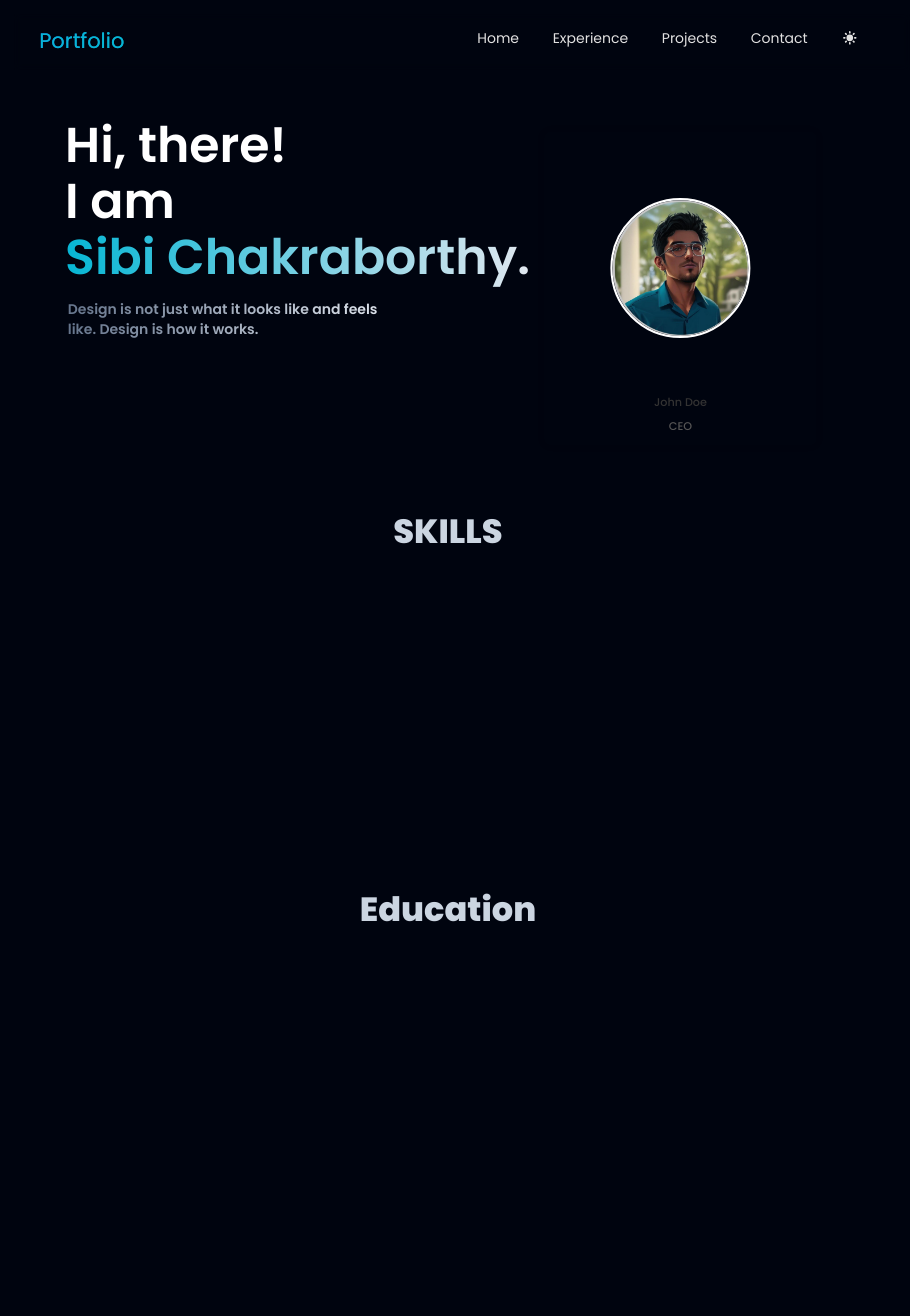
Repository: sibi24sibi/MyPersonalPortfolio
Page: /
An editor plug-in stored every save of this project. The page is shown before and after the next save, followed by the edit.
The browser window is 1280 px wide. The page is 1300 px wide, so the pictures cover 1300 px, including what lies to the right of the window. The pictures show the part of the page from y = 0 to 1880 px (the page is 3542 px tall before and 3414 px after), at 70% of full size.
The project was rebuilt for these pictures with package versions that can differ from the ones it lists, and the page was loaded fresh each time. Also part of the build but not shown: vite.config.js, src/components/Menu.jsx, src/components/Footer.jsx.

Above is the page before, as saved 2024-05-03 17:44:12.

### index.html
<!DOCTYPE html>
<html lang="en">

<head>
  <meta charset="UTF-8" />
  <link rel="icon" type="image/svg+xml" href="" />
  <meta name="viewport" content="width=device-width, initial-scale=1 , maximum-scale=1 ,user-scalable=no" />
  <title>
    Personal Portfolio
  </title>
</head>

<body className="darkMode">
  <div id="root" className="px-5 w-screen"></div>
  <script type="module" src="/src/main.jsx"></script>
</body>

</html>

### src/index.css
@import url('https://fonts.googleapis.com/css2?family=Poppins:wght@300;400;500;600;800&display=swap');
@tailwind base;
@tailwind components;
@tailwind utilities;

html {
    @apply overflow-x-hidden scroll-smooth
}

body {

    @apply dark:bg-[#00040f] bg-[#e2e2e2ab]
}

### src/App.jsx
import Navbar from "./components/Navbar";
import About from "./components/About";

import Education from "./components/Education";
import Projects from "./components/Projects";
import Skills from "./components/Skills";

import HashLoader from "react-spinners/HashLoader";
import CTA from "./components/CTA";
import MyEmailLayout from "./components/email";
import Footer from "./components/Footer";


import { useState, useEffect } from "react";

const override = {
  display: "flex",
  justifyContent: "center",
  alignItems: "center",
  marginTop: "5rem",
  borderColor: "red",
};

const App = () => {
  const [loading, setLoading] = useState(true);

  useEffect(() => {
    setLoading(true);
    setTimeout(() => {
      setLoading(false);
    }, 3000);
  }, []);
  return (
    <>
      {loading ? (
        <div className="flex h-screen w-screen justify-center items-center bg-[#00040f] ">
          <HashLoader
            color="#0891b2"
            loading={loading}
            cssOverride={override}
            size={90}
            aria-label="Loading Spinner"
            data-testid="loader"
          />
        </div>
      ) : (
        <div className=" flex flex-col justify-center items-center">
          <Navbar></Navbar>
          <About></About>
          <Skills></Skills>
          <Education></Education>
          <Projects></Projects>
          <CTA></CTA>
          <MyEmailLayout></MyEmailLayout>
          {/* <Footer></Footer> */}
        </div>
      )}
    </>
  );
};
export default App;

### src/components/Navbar.jsx
import { CgMenuRightAlt } from "react-icons/cg";
import { HiSun, HiMoon } from "react-icons/hi";
import { useState, useEffect } from "react";
import Menu from "./Menu";

const Navbar = () => {
  const [nav, setNav] = useState(false);

  const [theme, setTheme] = useState("light");

  useEffect(() => {
    if (theme === "dark") {
      document.documentElement.classList.remove("dark");
    } else {
      document.documentElement.classList.add("dark");
    }
  }, [theme]);

  const handleTheme = () => {
    setTheme(theme === "dark" ? "light" : "dark");
  };

  return (
    <>
      <section className="NAVBAR sticky top-0 backdrop-blur-[5px] z-10 pt-5  translate-x-[20px] min-w-full mt-5 font-['Poppins']  max-sm:p-2 max-sm:mx-1 max-sm:max-h-[48px] ">
        <div className="flex  justify-between capitalize md:ml-9 sm:ml-2">
          <div className="LOGO ">
            <a
              href="#"
              className="text-3xl bg-gradient-to-r from-blue-600 to-cyan-600 bg-clip-text text-transparent dark:text-cyan-500 max-sm:text-2xl"
            >
              {"Portfolio"}
            </a>
          </div>
          <div className="NAVLINKS min-w-full pr-9 text-[20px] translate-x-[-160px]  max-sm:hidden flex justify-end gap-12 text-[#00040f] dark:text-[#e1e1e1] ">
            <a href="#about" className=" hover:text-cyan-500">
              Home
            </a>
            <a href="#experience" className="hover:text-cyan-500">
              Experience
            </a>
            {/* <a href="#education" className="hover:text-cyan-500 ">
              Education
            </a> */}
            <a href="#projects" className="hover:text-cyan-500 ">
              Projects
            </a>
            <a href="#contact" className="hover:text-cyan-500 ">
              Contact
            </a>

            <button onClick={handleTheme}>
              {theme === "dark" ? (
                <HiMoon className="-translate-y-1 text-2xl" />
              ) : (
                <HiSun className="-translate-y-1 text-2xl" />
              )}
            </button>

            </div>
            </div>
          <button onClick={() => setNav(!nav)}>
            <CgMenuRightAlt className="hidden max-sm:block mr-5   absolute top-2  right-10 md:transform-none text-[#00040f] dark:text-[#e1e1e1] text-[32px]" />
          </button>


        {nav && <Menu />}

      </section>



    </>
  );
};
export default Navbar;

### src/components/About.jsx
import Lottie from "lottie-react";
import computer from "../assets/lottie/computer.json";
import Profile from "../assets/Profile.jpg";
import "./about-style.css";

const About = () => {
  return (
    <>
      <section
        id="about"
        className="p-5 mx-2 mb-10 font-medium font-['Poppins'] max-w-6xl max-sm:p-2 max-sm:mx-5"
      >
        <div className="WRAPPER mt-12 flex justify-between max-sm:flex-col gap-35">
        <div className="INTRO text-[70px] leading-[80px] font-semibold max-sm:text-[40px] max-sm:leading-[70px] max-sm:font-semibold">
            <h3 className="text-[#00040f] dark:text-white">
              Hi, there! <br />I am
            </h3>
            <span className="bg-clip-text text-transparent bg-gradient-to-r  from-blue-600 to-cyan-600 dark:from-cyan-500 dark:to-slate-200">
             Sibi Chakraborthy.

            </span>

            <p className="ABOUT h-[100px] text-xl max-sm:text-[15px] bg-clip-text text-transparent  bg-gradient-to-r  from-[#00040f] to-slate-500 dark:from-slate-500 dark:to-slate-200 max-w-[470px] mt-5 pl-1">
            Design is not just what it looks like and feels like. Design is how it works.
            </p>
          </div>
        <div className="div">



        <div className="team-member">
            <img src={Profile} alt="Profile"/>
            <h3>John Doe</h3>
            <p>CEO</p>
        </div>



        </div>
        </div>
      </section>
    </>
  );
};
export default About;

### src/components/Education.jsx
import Lottie from "lottie-react";
import education from "../assets/lottie/education.json";
import SAEC from "../assets/SAEC.png";
import AOS from "aos";

import { useEffect } from "react";

const Education = () => {
  useEffect(() => {
    AOS.init();
  }, []);
  return (
    <section
      id="education"
      className="EXPERIENCE max-w-6xl p-5 mx-20 mb-25 font-['Poppins']  max-sm:p-2 max-sm:mx-5"
    >
      <div className="WRAPPER mt-10">
        <h1 className="text-[#00040f] dark:text-slate-300 text-center font-extrabold text-5xl mb-5 max-sm:text-4xl   ">
          Education
        </h1>

        <div
          className="EDUCATION flex gap-7 justify-between flex-row-reverse max-sm:flex-col"
          data-aos="fade-right"
        >
          <div className="max-w-[520px] mt-[52px] p-7 max-sm:p-3">
            <div className="flex gap-5">
              <img
                src={SAEC}
                alt="SAEC"
                className="w-[150px] h-[100px]"
              />
              <h1 className="bg-clip-text text-transparent bg-gradient-to-r max-sm:text-[17px] from-amber-500 via-orange-600 to-yellow-500 dark:from-[#ff6600] dark:to-slate-100 font-semibold text-2xl w-[300px] h-[100px] tracking-wider ">
                Syed Ammal engineering college
              </h1>
            </div>

            <div className="mt-7 flex flex-col gap-5 text-left pl-4">
              <h3 className="capitalize  text-slate-800 dark:text-slate-300 text-xl max-sm:text-lg">
                Bachelor of technology
              </h3>
              <p className="italic capitalize text-gray-500 dark:text-slate-500 text-xl max-sm:text-lg leading-9">
                November 2020 - May 2024
              </p>

              <p className="capitalize text-gray-500 dark:text-slate-500 text-xl max-sm:text-lg leading-9">
                Computer Science and Engineering
              </p>
            </div>
          </div>
          <Lottie
            animationData={education}
            loop={true}
            className="max-w-[500px]"
          />
        </div>
      </div>
    </section>
  );
};
export default Education;

### src/components/Skills.jsx
import {
  HTML,
  CSS,
  Github,
  Git,
  Vite,
  TailwindCSS,
  react,
  Python,
  Javascript,
  CPP,
  C,
  Vue,
  nodejs
} from "../constants/Constant";

import AOS from "aos";
import "aos/dist/aos.css";
import { useEffect } from "react";
import Image from "./Img_prop";

const Skills = () => {
  useEffect(() => {
    AOS.init();
  }, []);
  return (
    <>
      <section className="EXPERIENCE p-5  mb-10 max-w-6xl  font-['Poppins']  max-sm:p-2 max-sm:mx-5">
        <div>
        <h1 className="text-[#00040f] dark:text-slate-300 font-extrabold text-5xl text-center max-sm:text-4xl ">
          SKILLS
        </h1>
        </div>
        <div
          className=" grid place-content-start  grid-cols-3 gap-4 max-sm:p-2 mt-10"
          data-aos="zoom-out-up"
        >
          <Image img={HTML}></Image>
          <Image img={CSS}></Image>
          <Image img={Javascript}></Image>
          <Image img={react}></Image>
          <Image img={TailwindCSS}></Image>
          {/* <Image img={Vue}></Image>
          <Image img={CPP}></Image>
          <Image img={C}></Image> */}
          <Image img={Python}></Image>
          {/* <Image img={Vite}></Image> */}
          <Image img={Git}></Image>
          <Image img={Github}></Image>
          <Image img={nodejs}></Image>
        </div>
      </section>
    </>
  );
};
export default Skills;

### src/components/CTA.jsx
function CTA() {
  const resumeLink = "/Sibi-Chakraborthy-V.pdf";
  return (
    <div id="resume" className="pt-36 max-w-6xl resume relative w-full flex justify-center ">

      <div className="pt-14 mx-20 pb-40">
        <h2 className="text-4xl md:text-5xl max-sm:text-[35px] max-sm:leading-[60px] font-bold mb-10 text-[#00040f] dark:text-white text-center">
          Need to know about me more
        </h2>
        <div className="flex justify-center ">
        <a
          href={resumeLink}
          className="cursor-pointer font-bold whitespace-nowrap
        mt-6 px-8 py-3 dark:text-[#e1e1e1] border-2 rounded-full border-[#808080]  bg-bg hover:bg-fun-pink hover:border-fun-pink transition-colors inline-flex items-center"
        >
          <svg class="fill-current w-4 h-4 mr-2" xmlns="http://www.w3.org/2000/svg" viewBox="0 0 20 20"><path d="M13 8V2H7v6H2l8 8 8-8h-5zM0 18h20v2H0v-2z"/></svg>
          <span>Resume</span>

        </a>

        </div>
      </div>


    </div>
  );
}

export default CTA;

### src/components/email.jsx
import React, { useRef, useEffect } from "react";
import emailjs from '@emailjs/browser';



const MyEmailLayout = () => {
  const form = useRef();

  useEffect(() => {
    // Initialize emailjs
    emailjs.init('-fw29uVaf1UZJqOVT');
  }, []);

  const sendEmail = (e) => {
    e.preventDefault();

    emailjs

      .sendForm('service_hgvjibu', 'template_f9rmzk9', form.current)
      .then(
        () => {
          alert('Email sent successfully!');
        },
        (error) => {
          alert('Failed to send email. Please try again later.');
          console.error('Email Error:', error);
        }
      );
  };

  return (
    <div   className="mb-20 max-w-6xl" id="contact">

      <div className=" mx-10 max-sm:mx-5 ">
      <div className="div">
      <h1 className="text-2xl dark:text-[#e1e1e1] font-bold mb-4 ">SEND ME A EMAIL</h1>
      </div>
      <form ref={form} onSubmit={sendEmail}>
        <div className="grid  grid-cols-2 gap-4 flex justify-center">
          <div>
            <label htmlFor="name" className="dark:text-[#e1e1e1]">Name</label>
            <input
              type="text"
              id="name"
              name="user_name"
              className="px-3 py-2 placeholder-gray-400 text-gray-600 relative dark:bg-slate-300 bg-stone-300 rounded text-sm border-0 shadow outline-none focus:outline-none focus:ring  w-full"
            />
          </div>
          <div>
            <label htmlFor="email" className="dark:text-[#e1e1e1]">Email</label>
            <input
              type="email"
              id="email"
              name="user_email"
              className="px-3 py-2 placeholder-gray-400 text-gray-600 relative dark:bg-slate-300 bg-stone-300 rounded text-sm border-0 shadow outline-none focus:outline-none focus:ring w-full"
            />
          </div>
        </div>
        <label htmlFor="message" className="dark:text-[#e1e1e1]">Message</label>
        <textarea
          placeholder=""
          name="message"
          className="px-3 py-2 placeholder-gray-400 text-gray-600 relative dark:bg-slate-300 bg-stone-300 rounded text-sm border-0 shadow outline-none focus:outline-none focus:ring h-40 w-full "
        ></textarea>
        <button
          type="submit"
          className="bg-blue-500 rounded-full text-white px-4 py-2 mt-4 float-right"
          value="Send"
        >
          Send Email
        </button>
      </form>
      </div>
    </div>
  );
};

export default MyEmailLayout;

### src/components/about-style.css


.team-member {
    text-align: center;
    margin: 20px;
  /*  background-color: #fff;  White background for each team member */
    padding: 15px; /* Add padding for better visual appeal */
    border-radius: 10px; /* Add rounded corners */
    box-shadow: 0 0 10px rgba(0, 0, 0, 0.1); /* Add a subtle box shadow */
}

.team-member img {
    width: 200px;
    height: 200px;
    border-radius: 50%;
    object-fit: cover;
    margin: 80px;

/* Additional styling for the image */
border: 3px solid #fff; /* Add a white border around the image */
 transition: transform 0.3s ease-in-out; /*  Add a smooth transition effect  */

/* Hover effect: Scale the image slightly on hover */
/* cursor: pointer; */
}

/* Add a hover effect for better user interaction */
.team-member img:hover {
transform: scale(1.1);
}


.team-member h3 {
    margin: 10px 0;
    color: #333; /* Darken the text color */
}

.team-member p {
    color: #555;
}

### src/components/Project_prop.jsx
/* eslint-disable react/prop-types */

import "./proj_style.css";


const Project_prop = (props) => {
  return (
    <>



      <div className="card bg-blue-100 dark:bg-sky-950 rounded-lg shadow-lg aspect-w-16 aspect-h-9 ">
        <h3
        className="title capitalize font-bold h-20 text-slate-800 dark:text-slate-300 text-xl max-sm:text-lg m-5 text-center"
        >
          {props.title}
        </h3>
            <div className="bar h-1 min-w-40 dark:bg-gray-800  bg-slate-600  mx-5"></div>
        <div className="flex gap-1 ml-3 mt-3 ">
                {props.react}
                {props.vite}
                {props.html5}
                {props.css3}
                {props.php}
                {props.mysql}
                {props.javascript}
                {props.tailwindcss}
                {props.laravel}
                {props.bootstrap}
                {props.wordpress}

        </div>
        <p className="dark:text-slate-500 mt-2 text-sm px-5  select-none">
          {props.para}
        </p>
      </div>




    </>
  );
};
export default Project_prop;

### src/constants/Constant.jsx
import C from "../assets/C.png";
import CPP from "../assets/CPP.png";
import HTML from "../assets/HTML.png";
import Github from "../assets/Github.png";
import CSS from "../assets/CSS.png";
import Python from "../assets/Python.png";
import Javascript from "../assets/Javascript.png";
import Git from "../assets/Git.png";
import Vite from "../assets/Vite.png";
import TailwindCSS from "../assets/TailwindCSS.png";
import react from "../assets/react.png";
import Vue from "../assets/vue.png";
import nodejs from "../assets/nodejs.png";

import Hackthechain from "../assets/HackTheChainLogo.png";
import GSSOC from "../assets/GSSoc.jpg";
import IITB from "../assets/IITB.png";
import Sports from "../assets/Sports_Club.png";
import IIITians from "../assets/IIITians_Network.png";
import GDSC from "../assets/GDSC.png";
import KDE from "../assets/kde.png";
import Oppia from "../assets/oppia.png";

import GPT4 from "../assets/gpt4.jpg";
import Portfolio from "../assets/portfolio.jpg";
import Rocket from "../assets/Rocket.jpg";
import Game from "../assets/Stone.jpg";
import WellBeing from "../assets/well-being.jpg";

export {
  C,
  CPP,
  HTML,
  CSS,
  Github,
  Git,
  Vite,
  TailwindCSS,
  react ,
  Python,
  Javascript,
  Vue,
  Hackthechain,
  GSSOC,
  IITB,
  Sports,
  IIITians,
  GPT4,
  Portfolio,
  Rocket,
  WellBeing,
  Game,
  GDSC,
  KDE,
  nodejs,
  Oppia,
};

### src/components/Img_prop.jsx
const Img_prop = ({ img }) => {
  return (
    <>
      <div className="mr-60 w-[100px] max-sm:w-[75px] h-[100px] max-sm:h-[75px] shadow-xl shadow-slate-300 dark:shadow-lg dark:shadow-blue-500/50 bg-gradient-to-bl from-[#ccc] to-[#eee] dark:from-[#051937] dark:to-[#222] rounded-full place-content-center grid translate-x-[100px] max-sm:translate-x-1">
        <img src={img} alt="html" className="max-sm:h-[45px] h-[55px] " />
      </div>
    </>
  );
};
export default Img_prop;

### src/components/proj_style.css



  .card {
    position: relative;
    left: 0px;
    width: 200px;
    height: fit-content;
    min-height: 320px;
    padding-bottom: 10px;
  }

  .card:not(:first-child) {
      margin-left: -50px;
  }

  .card:hover {
    transform: translateY(-20px);
    transition: 0.4s ease-out;
  }

  .card:hover ~ .card {
    position: relative;
    left: 50px;
    transition: 0.4s ease-out;
  }

@media only screen and (max-width: 600px) {
  .card {
    position:unset;
    left:unset;
    padding-bottom:unset;
    margin: 10px;;
    padding-bottom:unset;
  }
  .card:hover {
    transform:unset ;
    transition:unset;
    margin-left:unset;
  }
  .card:not(:first-child) {
    margin-left:10px;

  }
  .card:hover ~ .card {
    position:unset;
    left:unset;
    transition:unset;
  }
}

Loaded but not shown: src/main.jsx (common file); src/assets/lottie/computer.json (common file); src/assets/lottie/Education.json (common file); tailwind.config.js (common file); src/components/Projects.jsx (189 lines, source omitted)

After the next save:
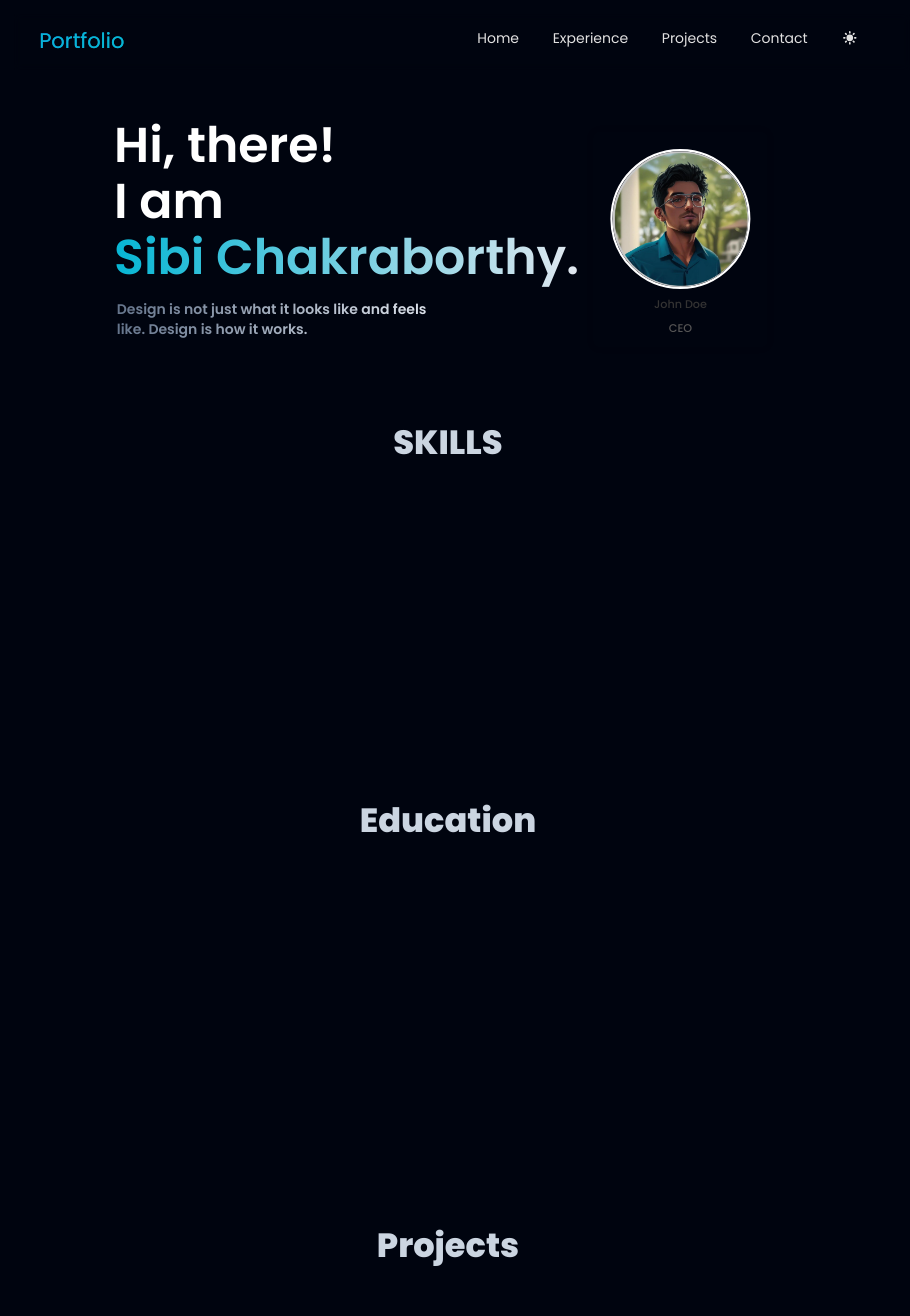
Saved 6 s later.
--- a/src/components/about-style.css
+++ b/src/components/about-style.css
@@ -14,7 +14,7 @@
     height: 200px;
     border-radius: 50%;
     object-fit: cover;
-    margin: 80px;
+    margin: 10px;
 
 /* Additional styling for the image */
 border: 3px solid #fff; /* Add a white border around the image */
